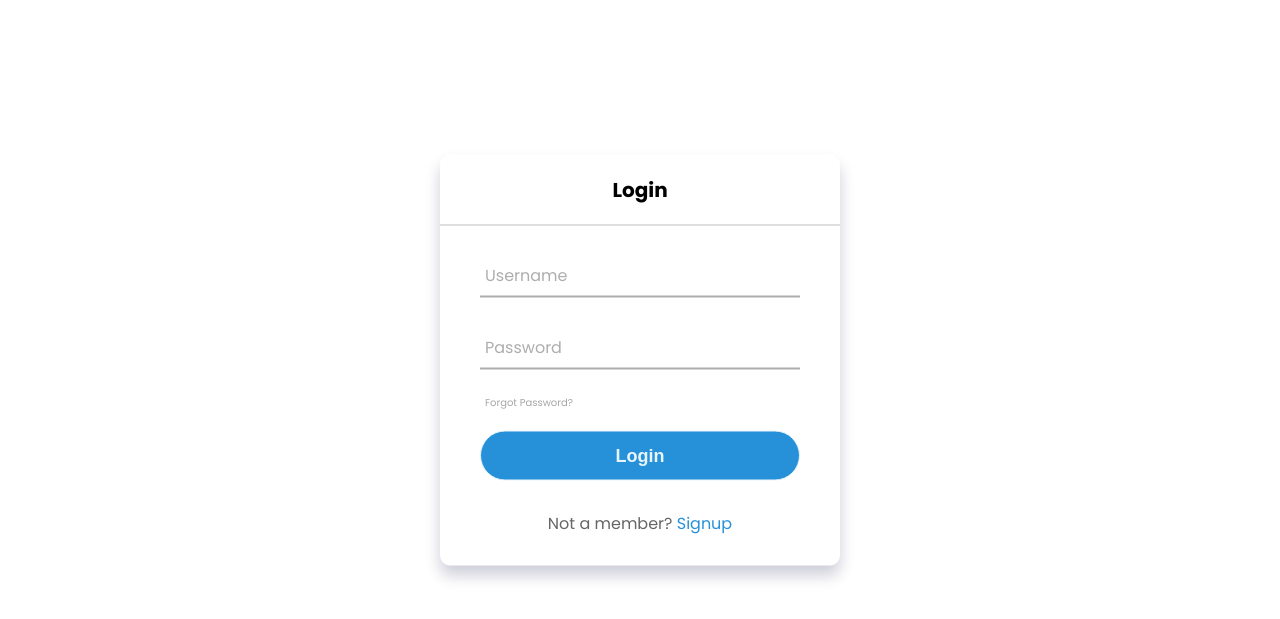
Repository: lenhandat/studentManagement
Page: front-end/fontpart3/Student_Management/error.html
These files come from the project's save history. The page is drawn as it stood at one moment and after the next save; the edit follows.
The browser window is 1280 px wide. The pictures show the whole page.

Above is the page before, as saved 2021-08-27 23:11:00.

After the next save:
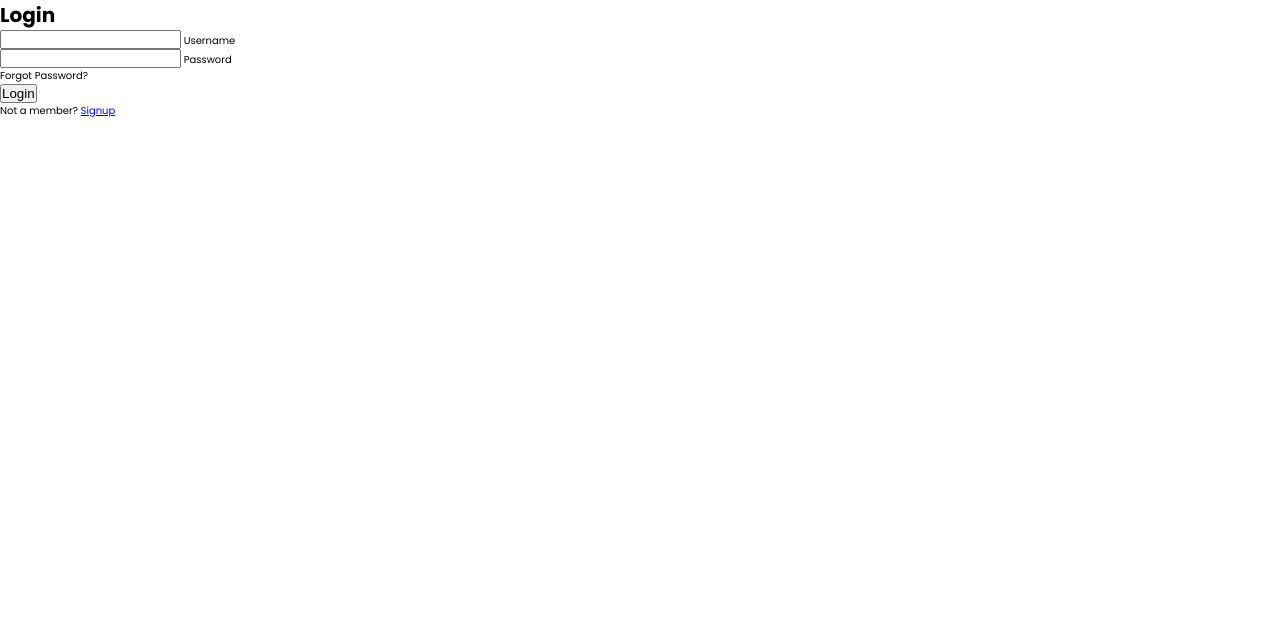
Saved 12 s later.
--- a/front-end/fontpart3/Student_Management/error.html
+++ b/front-end/fontpart3/Student_Management/error.html
@@ -8,7 +8,7 @@
     <link rel="preconnect" href="https://fonts.gstatic.com" crossorigin>
     <link href="https://fonts.googleapis.com/css2?family=Poppins:wght@300;400;500;600;700&display=swap" rel="stylesheet">
     <link rel="stylesheet" href="./assets/css/reset.css">
-    <link rel="stylesheet" href="./assets/css/login.css">
+    <link rel="stylesheet" href="./assets/css/error.css">
     <title>Login</title>
 </head>
 <body>
